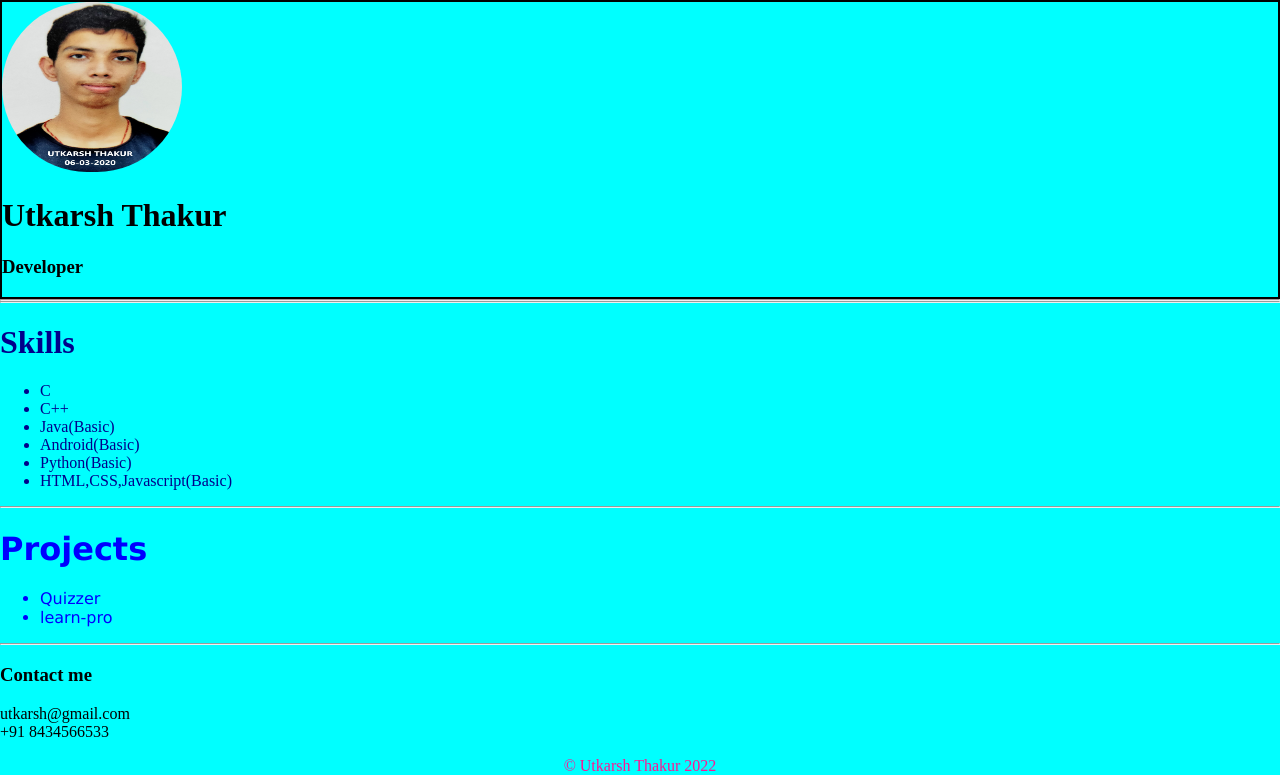
Repository: UtkarshThakur321/Utkarsh-Thakur-Profile
Page: index.html
The author's editor kept a copy of each file at every save. The page is drawn from the files as they stood at one save, then again after the next save.
The browser window is 1280 px wide. The pictures show the whole page.

Above is the page before, as saved 2022-01-18 22:07:55.
Not found: main.js

After the next save:
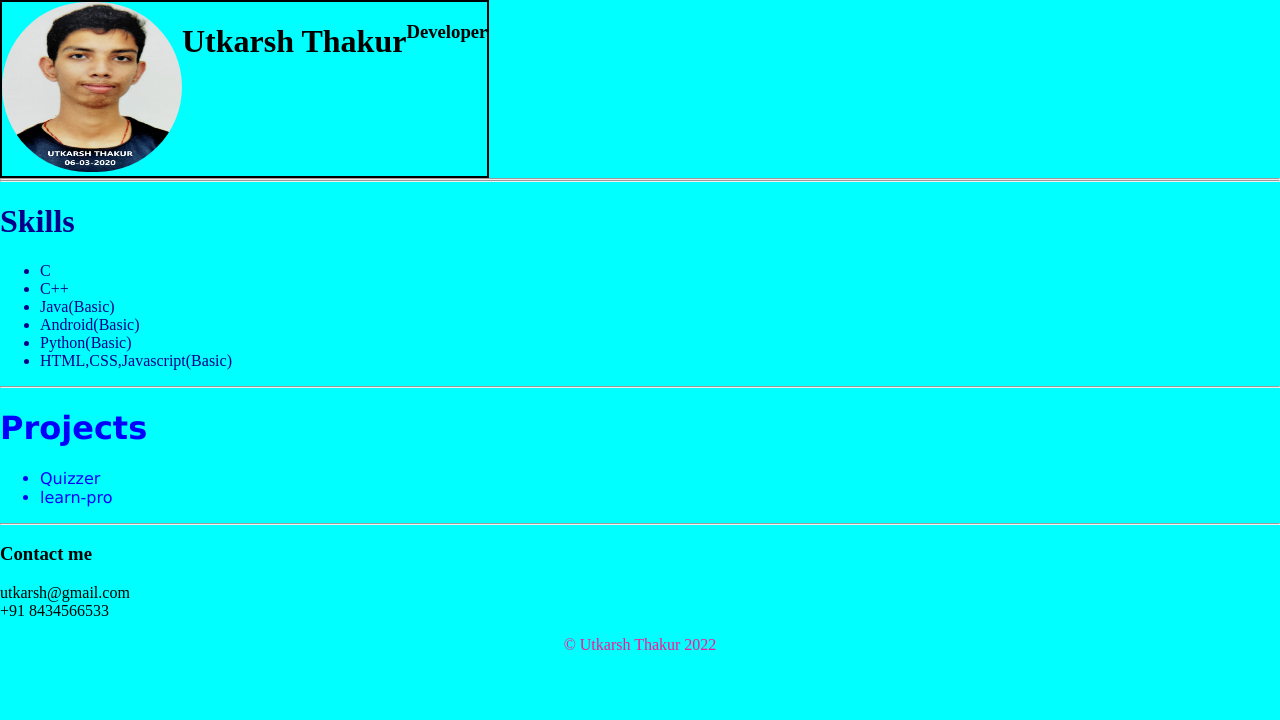
Saved 22 s later.
--- a/index.css
+++ b/index.css
@@ -6,6 +6,7 @@
 }
 #intro{
     border:2px solid black;
+    display:inline-flex;
 }
 
 #profileImage>img{

After the save that followed:
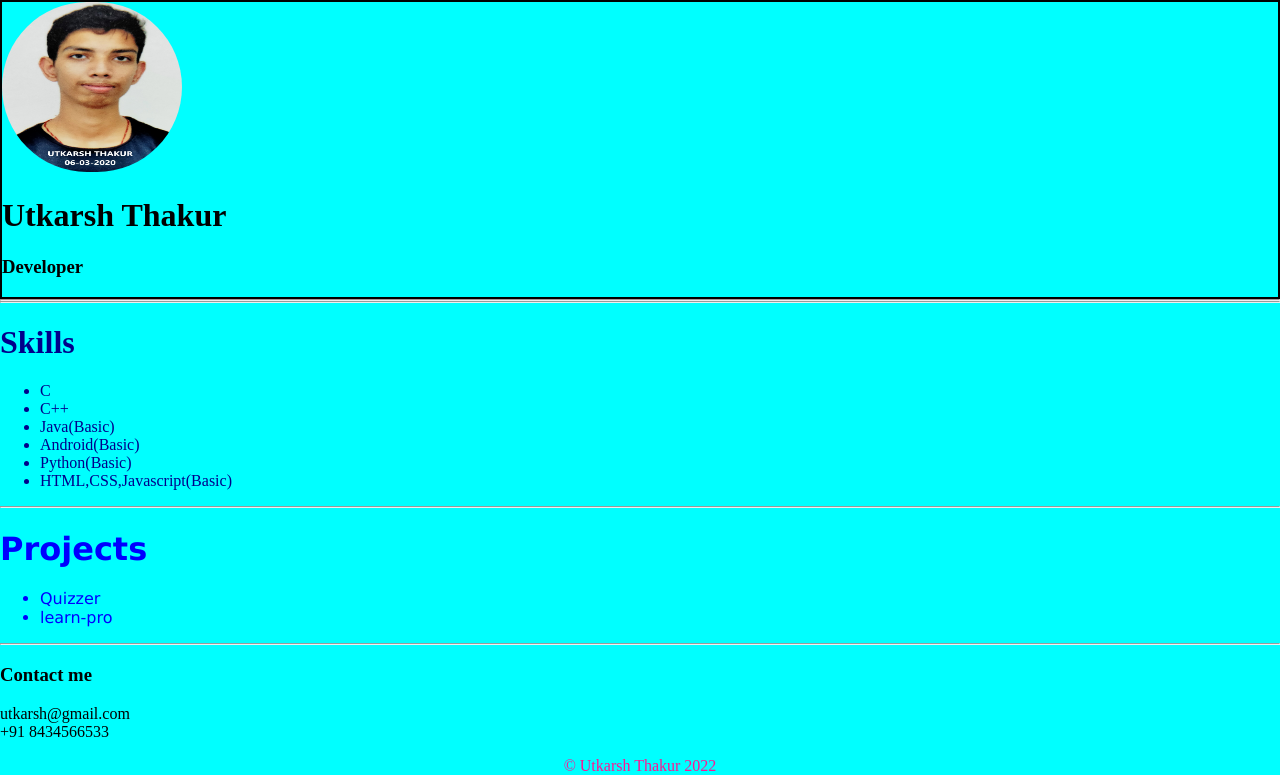
Saved 6 s later.
--- a/index.css
+++ b/index.css
@@ -6,7 +6,6 @@
 }
 #intro{
     border:2px solid black;
-    display:inline-flex;
 }
 
 #profileImage>img{
